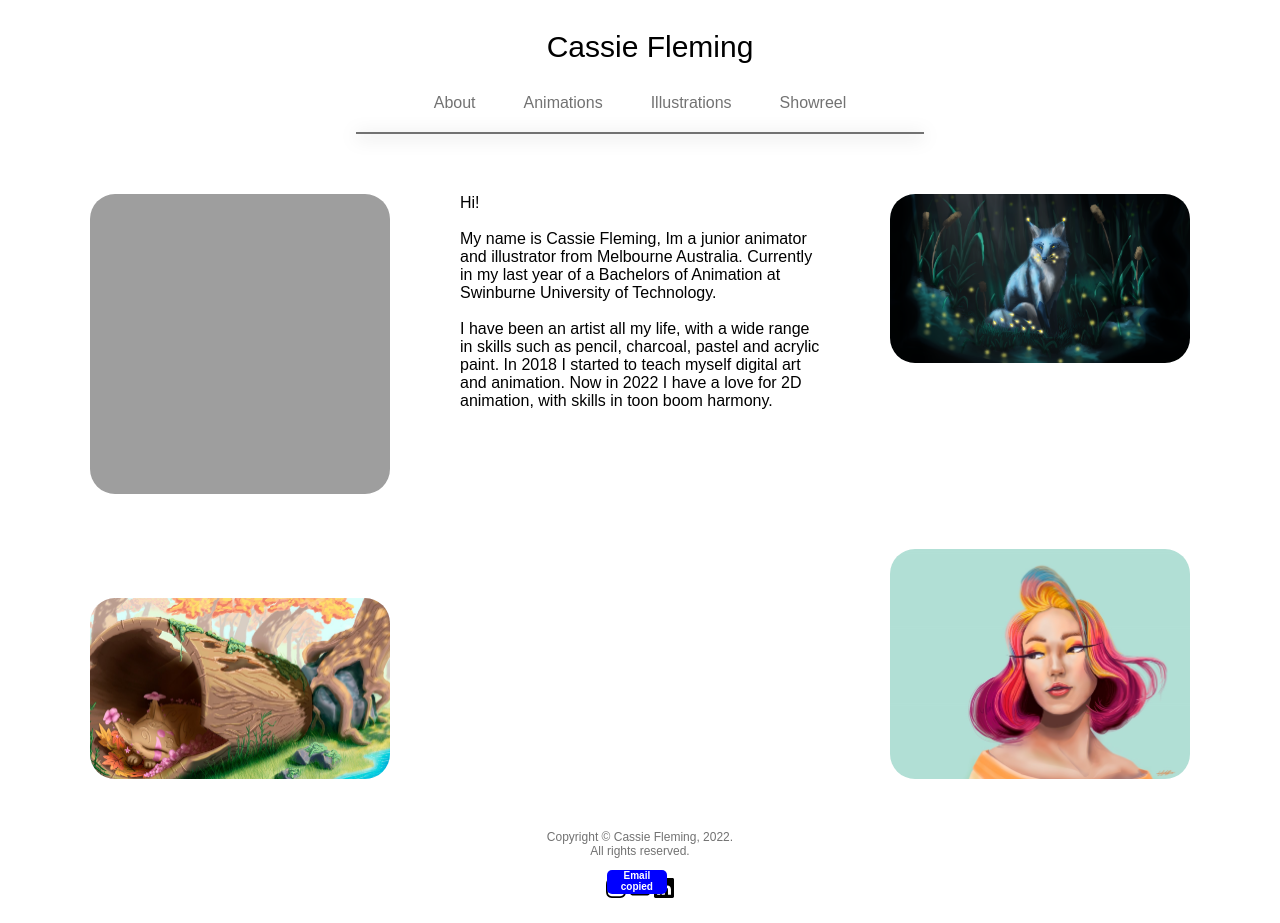
Repository: David-Waite/Cassie-Fleming-portfolio
Page: /
An editor plug-in stored every save of this project. The page is shown before and after a run of saves, followed by the edit.
The browser window is 1280 px wide. The pictures show the whole page.
Pictures or frames that could not be fetched are drawn as grey boxes. Some web fonts or font styles are not loaded; a fallback is used. The project was rebuilt for these pictures with package versions that can differ from the ones it lists, and the page was loaded fresh each time. The framework's server and built-in components were replaced by stand-ins that run in the browser. Also part of the build but not shown: next.config.js.

Above is the page before, as saved 2022-09-11 17:56:06.

After the next 2 saves:
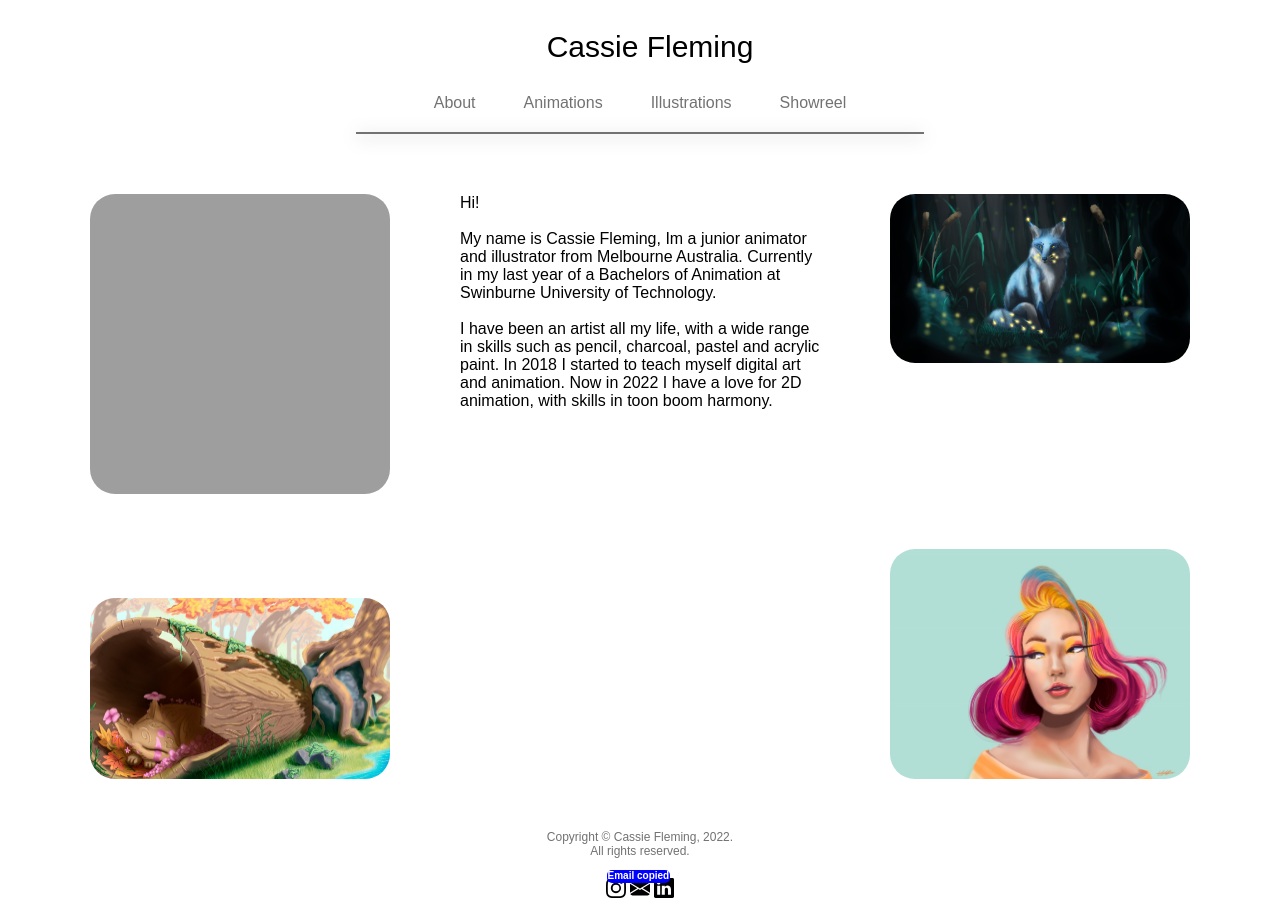
The 2 saves are shown as one change because they came seconds apart.
The last was saved 7 s later.
--- a/styles/globals.css
+++ b/styles/globals.css
@@ -106,7 +106,7 @@ footer {
   font-size: 10px;
   font-weight: 600;
   padding: 0 0 2px 0;
-  width: 60px;
+  width: 63px;
   left: 60px;
   top: 40px;
   background-color: blue;
